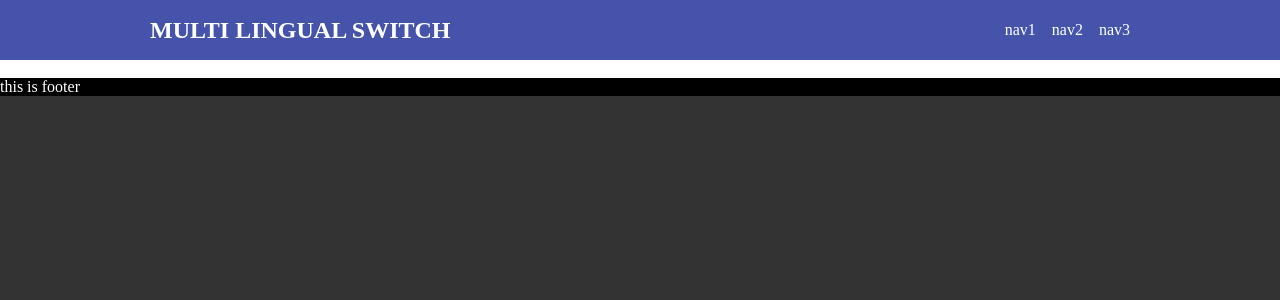
Repository: ksbsh27/multi_lingual
Page: index.html
An editor plug-in stored every save of this project. The page is shown before and after a run of saves, followed by the edit.
The browser window is 1280 px wide. The pictures show the whole page.
The style sheet was rebuilt from its Sass, Less or Tailwind sources for each picture, by a compiler version that may differ from the author's.

Above is the page before, as saved 2022-03-31 20:46:58.

After the next 4 saves:
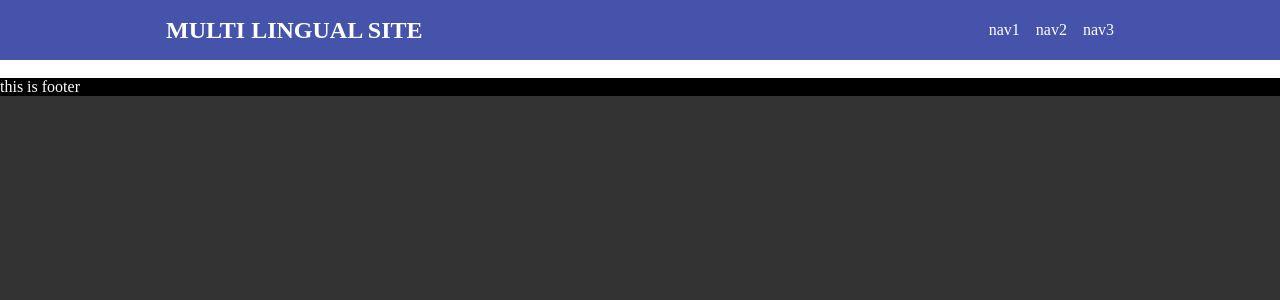
The 4 saves are shown as one change because 2 did not build or start and some came seconds apart.
The last was saved 96 s later.
--- a/index.html
+++ b/index.html
@@ -10,7 +10,7 @@
 <body>
     <header>
         <nav>
-            <h1>MULTI LINGUAL SWITCH</h1>
+            <h1>MULTI LINGUAL SITE</h1>
             <ul>
                 <li>nav1</li>
                 <li>nav2</li>
--- a/sass/_header.scss
+++ b/sass/_header.scss
@@ -3,6 +3,7 @@
     nav{
         max-width: 980px;
         margin: 0 auto;
+        padding: 0 16px;
         height: 60px;
         display: flex;
         align-items: center;
